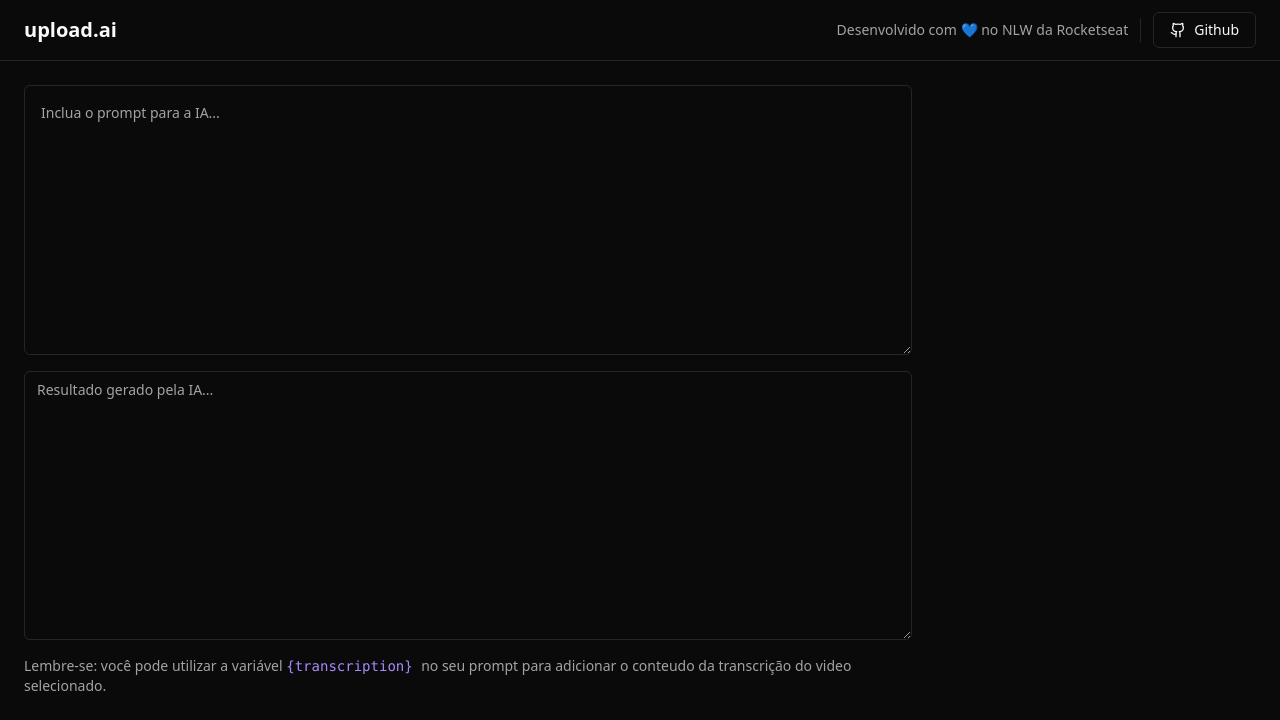
Repository: ricardolimati/upload-ai-web
Page: /
An editor plug-in stored every save of this project. The page is shown before and after the next save, followed by the edit.
The browser window is 1280 px wide. The pictures show the whole page.
The project was rebuilt for these pictures with package versions that can differ from the ones it lists, and the page was loaded fresh each time. Also part of the build but not shown: vite.config.ts.

Above is the page before, as saved 2023-09-11 23:36:58.

After the next save:
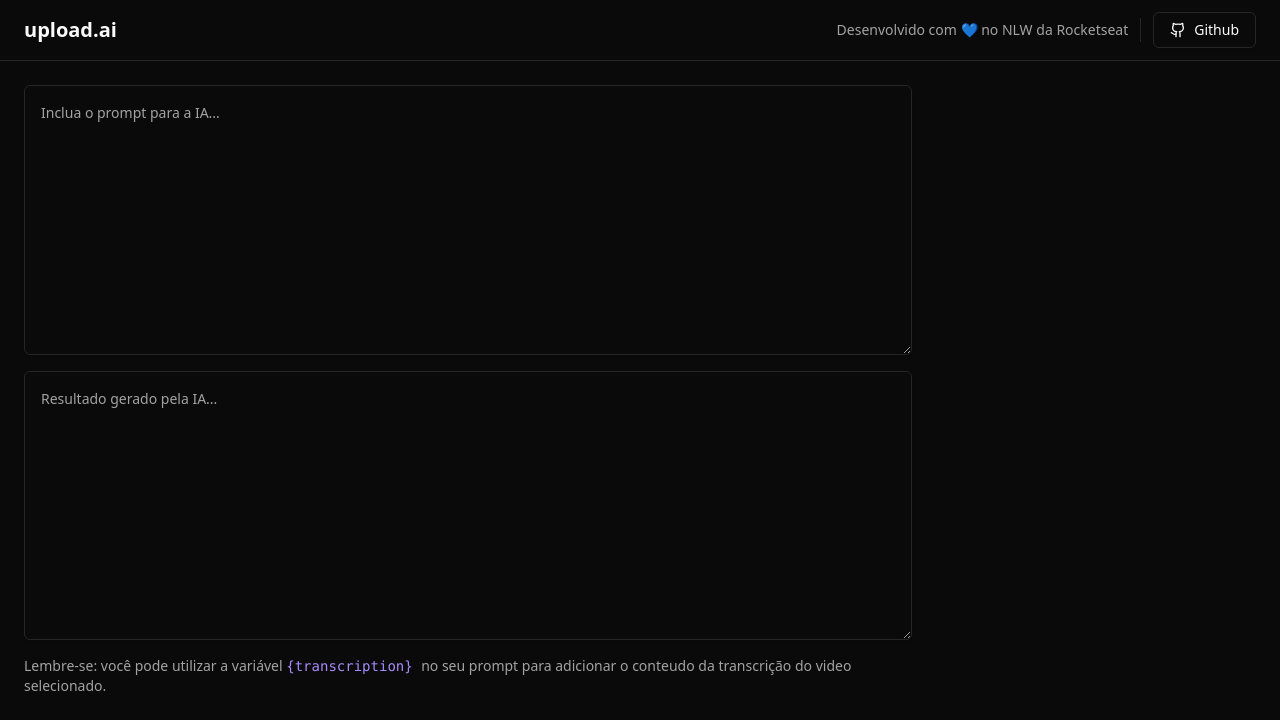
Saved 15 s later.
--- a/src/App.tsx
+++ b/src/App.tsx
@@ -26,6 +26,7 @@ export function App() {
           placeholder="Inclua o prompt para a IA..."
           />
           <Textarea
+          className="resize-nome p-4 leading-relaxed"
           placeholder="Resultado gerado pela IA..."
           readOnly
            />
